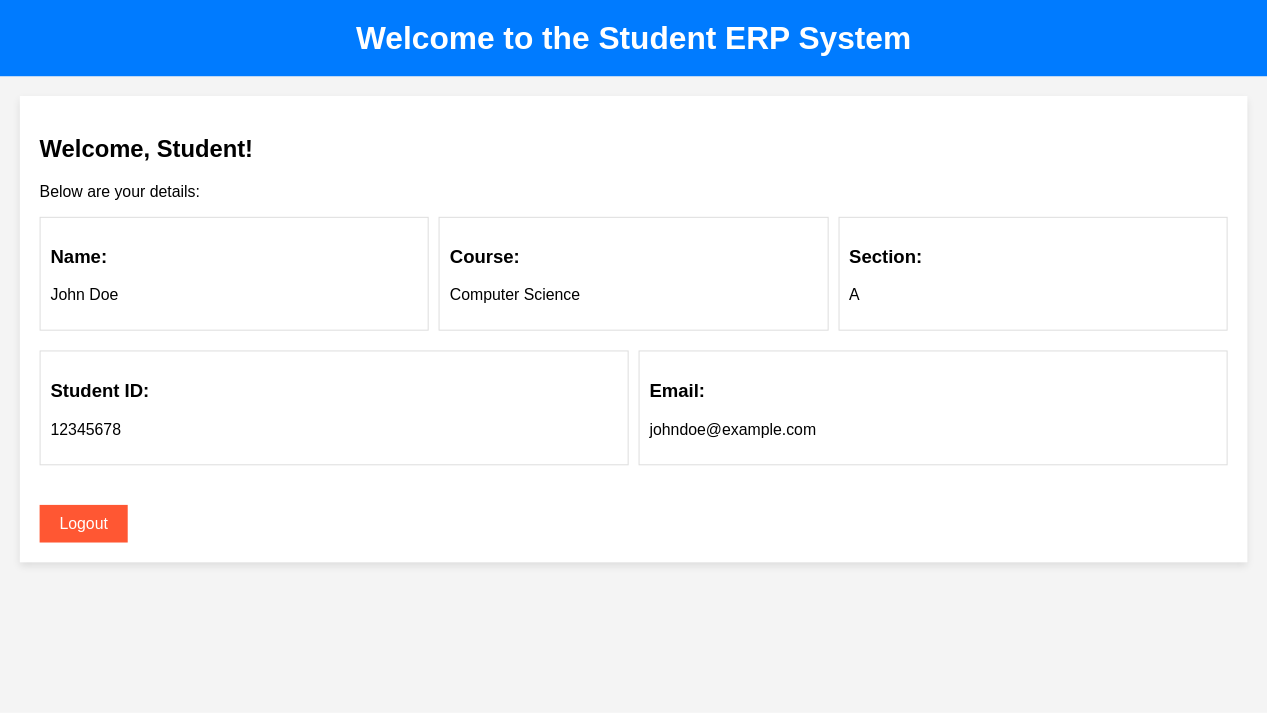
Repository: 02-kajaljha/ERP-System
Page: http://localhost/student
These files come from the project's save history. The page is drawn as it stood at one moment and after the next save; the edit follows.
The browser window is 1280 px wide. The pictures show the whole page, at 99% of full size.
The page is this project's Thymeleaf template; nobody is signed in. The template is opened directly, without the code that normally fills it, so the values that code supplies are empty.

Above is the page before, as saved 2025-04-28 08:13:56.

After the next save:
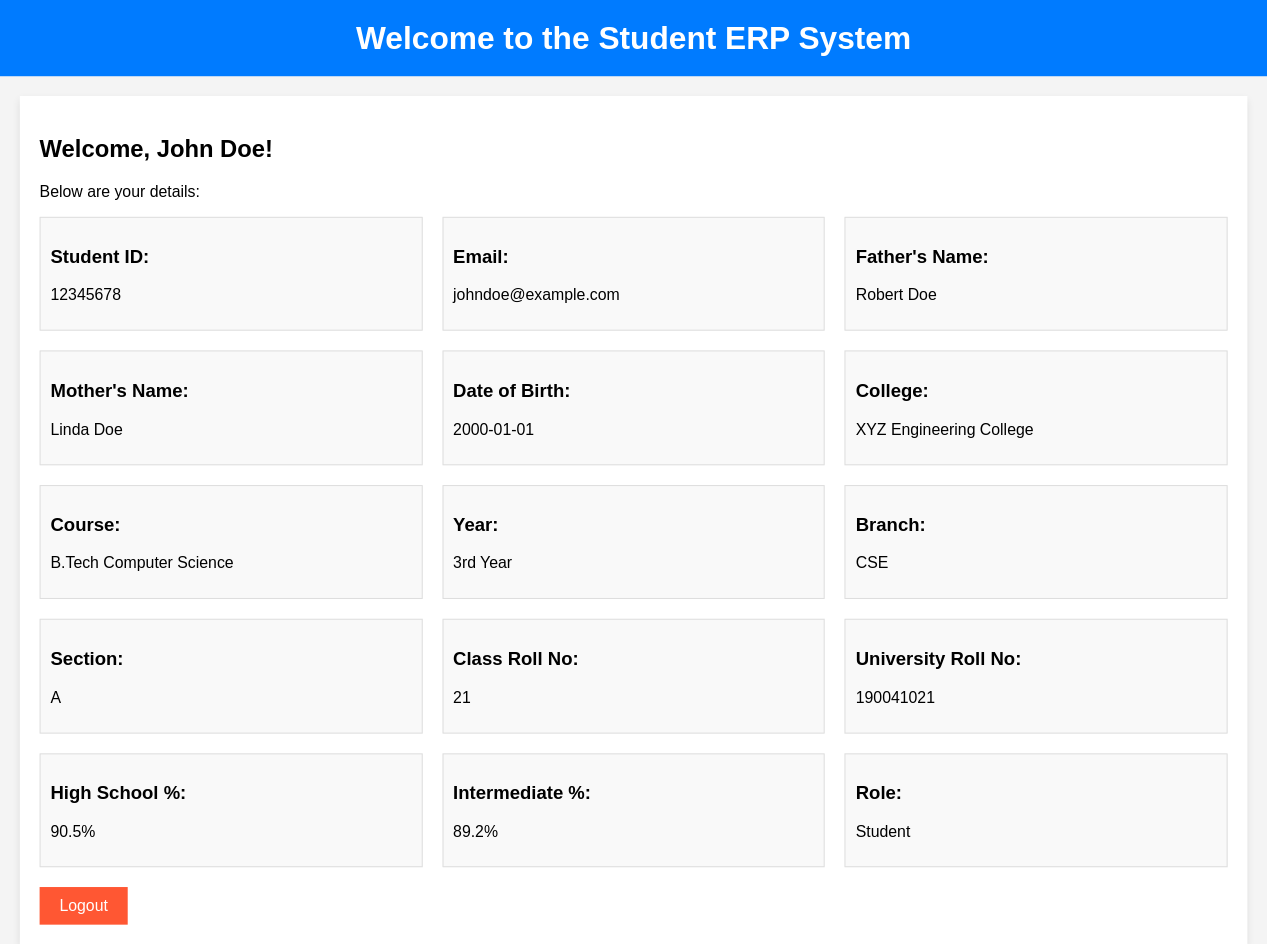
Saved 3 min 33 s later.
--- a/ErpManageSys/src/main/resources/templates/student.html
+++ b/ErpManageSys/src/main/resources/templates/student.html
@@ -30,17 +30,15 @@
         }
         .student-info {
             display: flex;
-            justify-content: space-between;
-            margin-bottom: 20px;
+            flex-wrap: wrap;
+            gap: 20px;
         }
         .student-info div {
-            flex: 1;
+            flex: 1 1 calc(33% - 20px);
             padding: 10px;
             border: 1px solid #ddd;
-            margin-right: 10px;
-        }
-        .student-info div:last-child {
-            margin-right: 0;
+            background-color: #f9f9f9;
+            box-sizing: border-box;
         }
         .logout-btn {
             background-color: #FF5733;
@@ -64,23 +62,8 @@
     </header>
 
     <div class="container">
-        <h2>Welcome, Student!</h2>
+        <h2>Welcome, John Doe!</h2>
         <p>Below are your details:</p>
-
-        <div class="student-info">
-            <div>
-                <h3>Name:</h3>
-                <p>John Doe</p>
-            </div>
-            <div>
-                <h3>Course:</h3>
-                <p>Computer Science</p>
-            </div>
-            <div>
-                <h3>Section:</h3>
-                <p>A</p>
-            </div>
-        </div>
 
         <div class="student-info">
             <div>
@@ -91,9 +74,61 @@
                 <h3>Email:</h3>
                 <p>johndoe@example.com</p>
             </div>
+            <div>
+                <h3>Father's Name:</h3>
+                <p>Robert Doe</p>
+            </div>
+            <div>
+                <h3>Mother's Name:</h3>
+                <p>Linda Doe</p>
+            </div>
+            <div>
+                <h3>Date of Birth:</h3>
+                <p>2000-01-01</p>
+            </div>
+            <div>
+                <h3>College:</h3>
+                <p>XYZ Engineering College</p>
+            </div>
+            <div>
+                <h3>Course:</h3>
+                <p>B.Tech Computer Science</p>
+            </div>
+            <div>
+                <h3>Year:</h3>
+                <p>3rd Year</p>
+            </div>
+            <div>
+                <h3>Branch:</h3>
+                <p>CSE</p>
+            </div>
+            <div>
+                <h3>Section:</h3>
+                <p>A</p>
+            </div>
+            <div>
+                <h3>Class Roll No:</h3>
+                <p>21</p>
+            </div>
+            <div>
+                <h3>University Roll No:</h3>
+                <p>190041021</p>
+            </div>
+            <div>
+                <h3>High School %:</h3>
+                <p>90.5%</p>
+            </div>
+            <div>
+                <h3>Intermediate %:</h3>
+                <p>89.2%</p>
+            </div>
+            <div>
+                <h3>Role:</h3>
+                <p>Student</p>
+            </div>
         </div>
 
-        <a href="logout.html" class="logout-btn">Logout</a>
+        <a href="/logout" class="logout-btn">Logout</a>
     </div>
 </body>
 </html>
